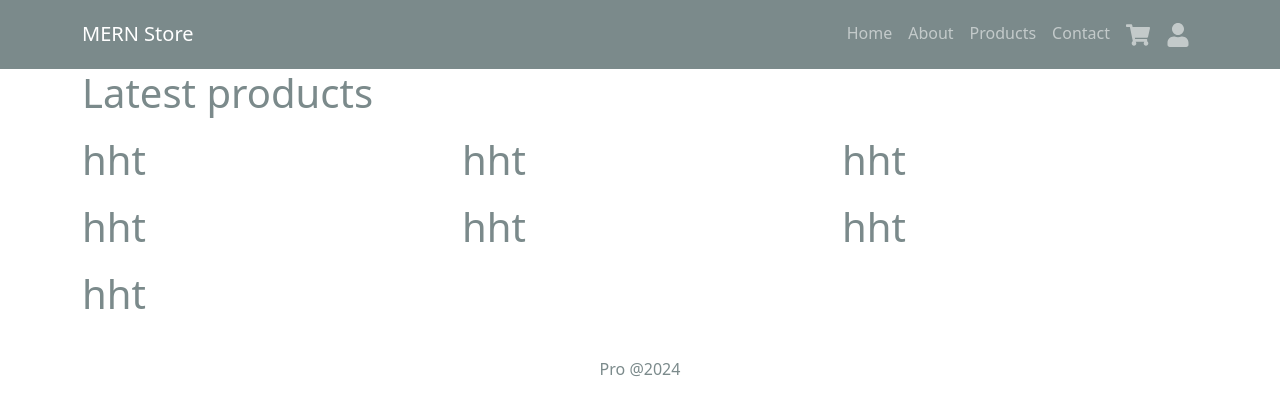
Repository: Attar786/MernStore
Page: / (app in client/)
These files come from the project's save history. The page is drawn as it stood at one moment and after the next save; the edit follows.
The browser window is 1280 px wide. The pictures show the whole page.
The project was rebuilt for these pictures with package versions that can differ from the ones it lists, and the page was loaded fresh each time. Also part of the build but not shown: client/vite.config.js, client/src/App.css, client/src/assets/styles/index.css.

Above is the page before, as saved 2024-07-09 23:58:25.

After the next save:
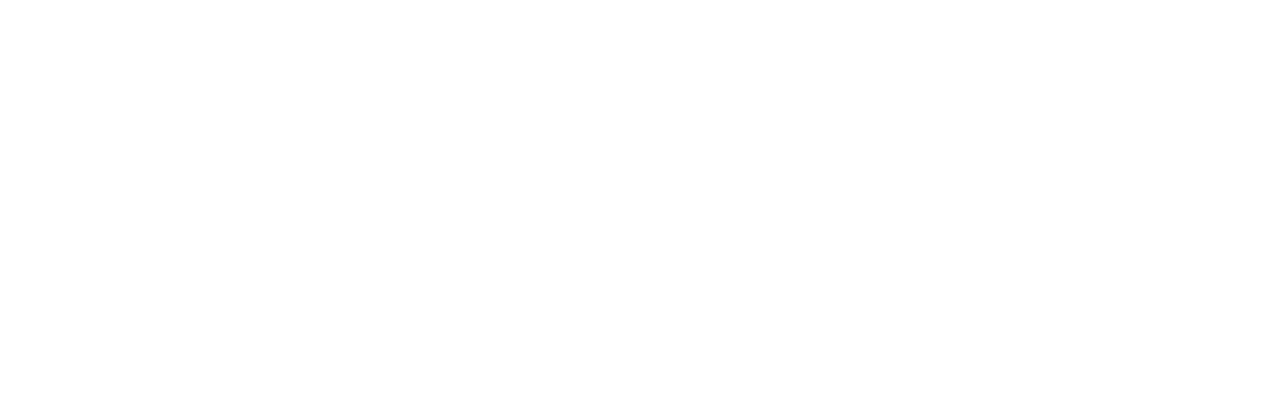
Console error: TypeError: Cannot read properties of undefined (reading 'Img')
Saved 25 s later.
--- a/client/components/Product.jsx
+++ b/client/components/Product.jsx
@@ -1,11 +1,11 @@
 /* eslint-disable react/prop-types */
-// import { Card } from "react-bootstrap";
-export const Product = () => {
+import { Card } from "react-bootstrap";
+export const Product = ({ product }) => {
   return (
 <>
 
     <h1>hht</h1>
-    {/* <Card className="my-3 py-3 rounded">
+    <Card className="my-3 py-3 rounded">
       <a href="{`/product/${product._id}`}">
 <Card.Img src={product.Img} variant="top"/>
       </a>
@@ -17,7 +17,7 @@
       </a>
 
       </Card.Body>
-    </Card> */}
+    </Card>
     </>
 
   );

After the 4 saves that followed:
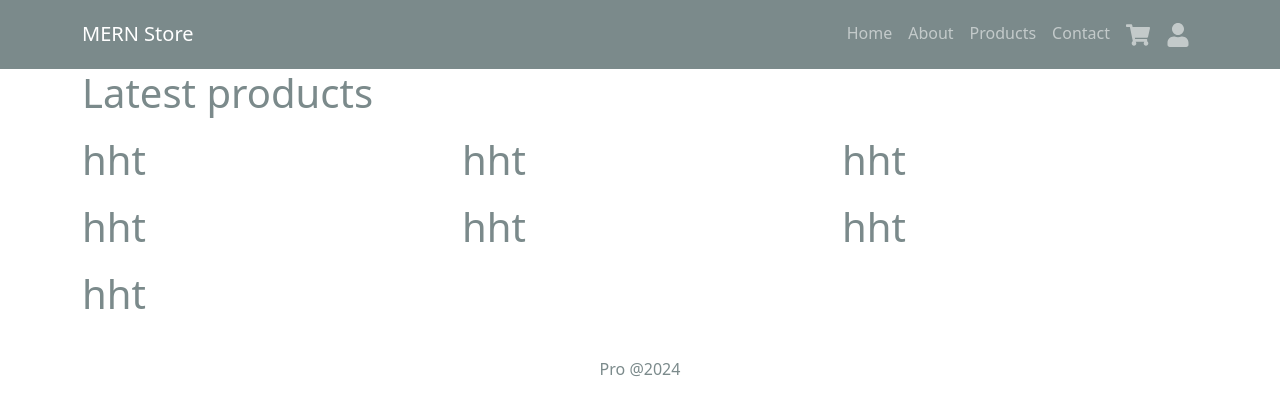
The error is gone.
The 4 saves are shown as one change because 3 left the picture as it was.
The last was saved 7 min 51 s later.
--- a/client/screen/HomeScreen.jsx
+++ b/client/screen/HomeScreen.jsx
@@ -7,7 +7,7 @@
       <h1>Latest products</h1>
       <Row>
         {products.map((product) => (
-          <Col key={product.id} sm={12} md={6} lg={4} >
+          <Col key={product._id} sm={12} md={6} lg={4} >
 <Product product={product}/>
           </Col>
         ))}
--- a/client/components/Product.jsx
+++ b/client/components/Product.jsx
@@ -1,23 +1,25 @@
 /* eslint-disable react/prop-types */
 import { Card } from "react-bootstrap";
-export const Product = ({ product }) => {
+export const Product = () => {
   return (
 <>
 
     <h1>hht</h1>
-    <Card className="my-3 py-3 rounded">
+    {/* <Card className="my-3 py-3 rounded">
       <a href="{`/product/${product._id}`}">
 <Card.Img src={product.Img} variant="top"/>
       </a>
       <Card.Body>
       <a href="{`/product/${product._id}`}">
-        <Card.Title as={"h2"}>{product.name}</Card.Title>
-        <Card.Text>{product.description}</Card.Text>
-        <p>${product.price}</p>
+        <Card.Title as= "div">
+          <strong>{product.name}</strong>
+        </Card.Title>
+        <Card.Text as='h3'>{product.price}</Card.Text>
+
       </a>
 
       </Card.Body>
-    </Card>
+    </Card> */}
     </>
 
   );
